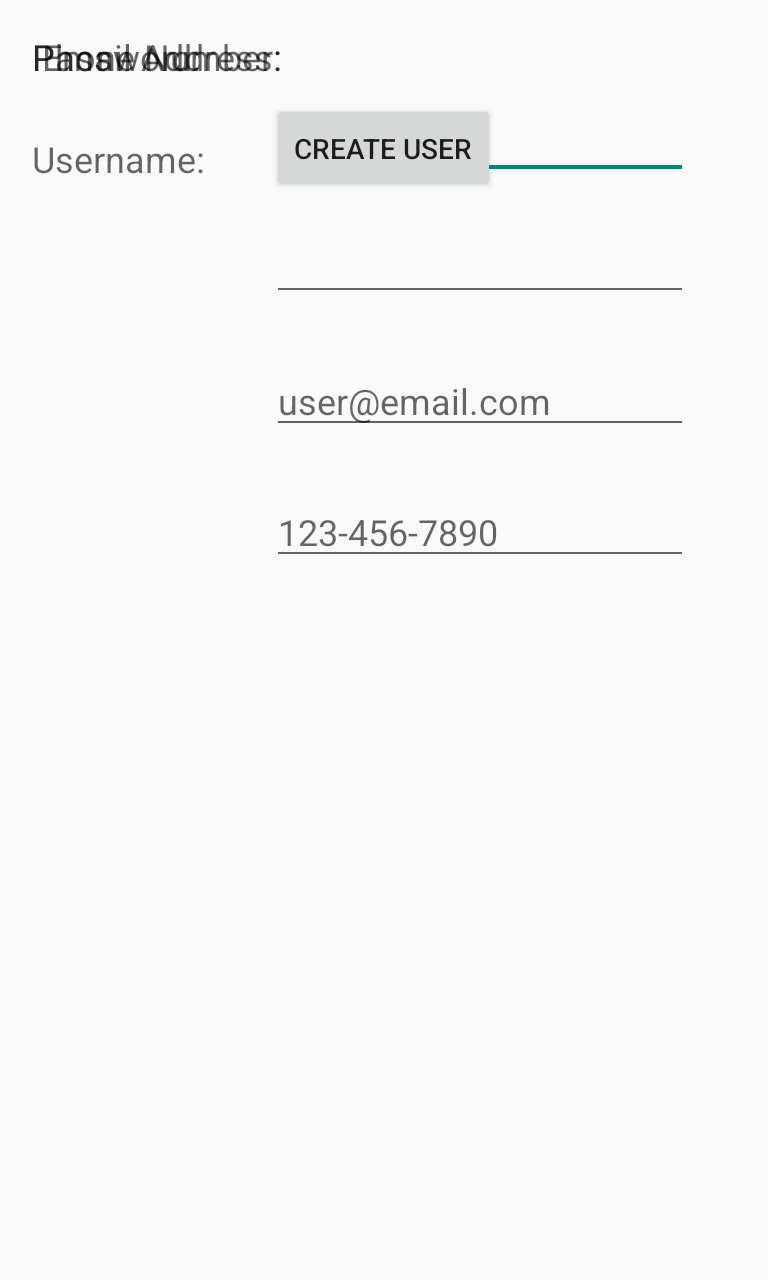
Repository: Sagarsaurus/Ecco
Layout: Ecco/res/layout/activity_create_user.xml
These files come from the project's save history. The layout is drawn as it stood at one moment and after the next save; the edit follows.
It is drawn on a 768 x 1280 px phone screen (xhdpi) without system bars, with theme AppTheme; the app's code is not run.

Above is the layout before, as saved 2014-11-16 20:47:02.

### Ecco/res/layout/activity_create_user.xml
<RelativeLayout xmlns:android="http://schemas.android.com/apk/res/android"
    xmlns:tools="http://schemas.android.com/tools"
    android:layout_width="match_parent"
    android:layout_height="match_parent"
    android:paddingBottom="@dimen/activity_vertical_margin"
    android:paddingLeft="@dimen/activity_horizontal_margin"
    android:paddingRight="@dimen/activity_horizontal_margin"
    android:paddingTop="@dimen/activity_vertical_margin"
    tools:context="com.application.ecco.CreateUserActivity" >

    <EditText
        android:id="@+id/username"
        android:layout_width="wrap_content"
        android:layout_height="wrap_content"
        android:layout_alignLeft="@+id/button1"
        android:layout_alignParentTop="true"
        android:layout_marginTop="34dp"
        android:ems="10"
        android:hint="@string/Username" >

        <requestFocus />
    </EditText>

    <EditText
        android:id="@+id/password"
        android:layout_width="wrap_content"
        android:layout_height="wrap_content"
        android:layout_alignLeft="@+id/username"
        android:layout_below="@+id/username"
        android:layout_marginTop="20dp"
        android:ems="10"
        android:inputType="textPassword" />

    <EditText
        android:id="@+id/email"
        android:layout_width="wrap_content"
        android:layout_height="wrap_content"
        android:layout_alignLeft="@+id/username"
        android:layout_below="@+id/password"
        android:layout_marginTop="25dp"
        android:ems="10"
        android:hint="@string/emailhint"
        android:inputType="textEmailAddress" />

    <EditText
        android:id="@+id/phone"
        android:layout_width="wrap_content"
        android:layout_height="wrap_content"
        android:layout_alignLeft="@+id/password"
        android:layout_below="@+id/email"
        android:layout_marginTop="24dp"
        android:ems="10"
        android:hint="@string/phonehint"
        android:inputType="phone"/>

    <Button
        android:id="@+id/button1"
        android:onClick="postAndCreateUser"
        android:layout_width="wrap_content"
        android:layout_height="wrap_content"
        android:layout_below="@+id/EditText01"
        android:layout_centerHorizontal="true"
        android:layout_marginTop="34dp"
        android:text="@string/createUser" />

    <TextView
        android:id="@+id/textView1"
        android:layout_width="wrap_content"
        android:layout_height="wrap_content"
        android:layout_above="@+id/password"
        android:layout_alignParentLeft="true"
        android:text="Username:"
        android:textAppearance="?android:attr/textAppearanceMedium" />

    <TextView
        android:id="@+id/TextView01"
        android:layout_width="wrap_content"
        android:layout_height="wrap_content"
        android:layout_alignBottom="@+id/editText2"
        android:layout_alignLeft="@+id/textView1"
        android:text="Password:"
        android:textAppearance="?android:attr/textAppearanceMedium" />

    <TextView
        android:id="@+id/TextView03"
        android:layout_width="wrap_content"
        android:layout_height="wrap_content"
        android:layout_alignBottom="@+id/EditText01"
        android:layout_toLeftOf="@+id/EditText01"
        android:text="Phone Number:"
        android:textAppearance="?android:attr/textAppearanceMedium" />

    <TextView
        android:id="@+id/TextView02"
        android:layout_width="wrap_content"
        android:layout_height="wrap_content"
        android:layout_alignBaseline="@+id/editText3"
        android:layout_alignBottom="@+id/editText3"
        android:layout_alignRight="@+id/TextView03"
        android:text="Email Address:"
        android:textAppearance="?android:attr/textAppearanceMedium" />

</RelativeLayout>

### Ecco/res/values/strings.xml
<?xml version="1.0" encoding="utf-8"?>
<resources>

    <string name="app_name">Ecco</string>
    <string name="hello_world">Hello world!</string>
    <string name="action_settings">Settings</string>
    <string name="Username">Username</string>
    <string name="Password">Password</string>
    <string name="Login">Login</string>
    <string name="createUser">Create User</string>
    <string name="title_activity_home">HomeActivity</string>
    <string name="title_section1">Section 1</string>
    <string name="title_section2">Section 2</string>
    <string name="title_section3">Section 3</string>
    <string name="navigation_drawer_open">Open navigation drawer</string>
    <string name="navigation_drawer_close">Close navigation drawer</string>
    <string name="action_example">Example action</string>
    <string name="title_activity_create_user">CreateUserActivity</string>
    <string name="Email">Email</string>
    <string name="Phone">Phone</string>
    <string name="emailhint">user@email.com</string>
    <string name="phonehint">123-456-7890</string>

</resources>

Loaded but not shown: Ecco/res/values/styles.xml (common file); Ecco/res/values-v11/styles.xml (common file); Ecco/res/values-v14/styles.xml (common file); Ecco/res/values/dimens.xml (common file); Ecco/res/values-w820dp/dimens.xml (common file)

After the next save:
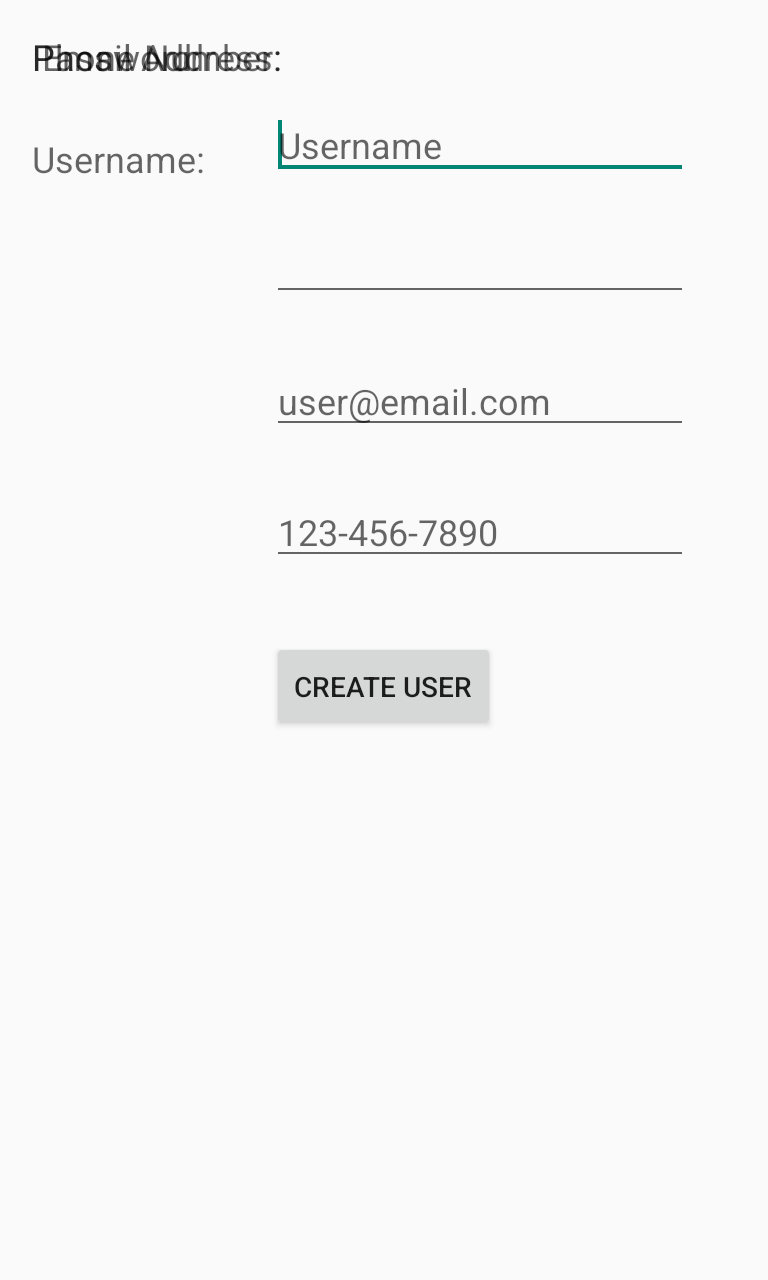
Saved 9 s later.
--- a/Ecco/res/layout/activity_create_user.xml
+++ b/Ecco/res/layout/activity_create_user.xml
@@ -58,7 +58,7 @@
         android:onClick="postAndCreateUser"
         android:layout_width="wrap_content"
         android:layout_height="wrap_content"
-        android:layout_below="@+id/EditText01"
+        android:layout_below="@+id/phone"
         android:layout_centerHorizontal="true"
         android:layout_marginTop="34dp"
         android:text="@string/createUser" />
